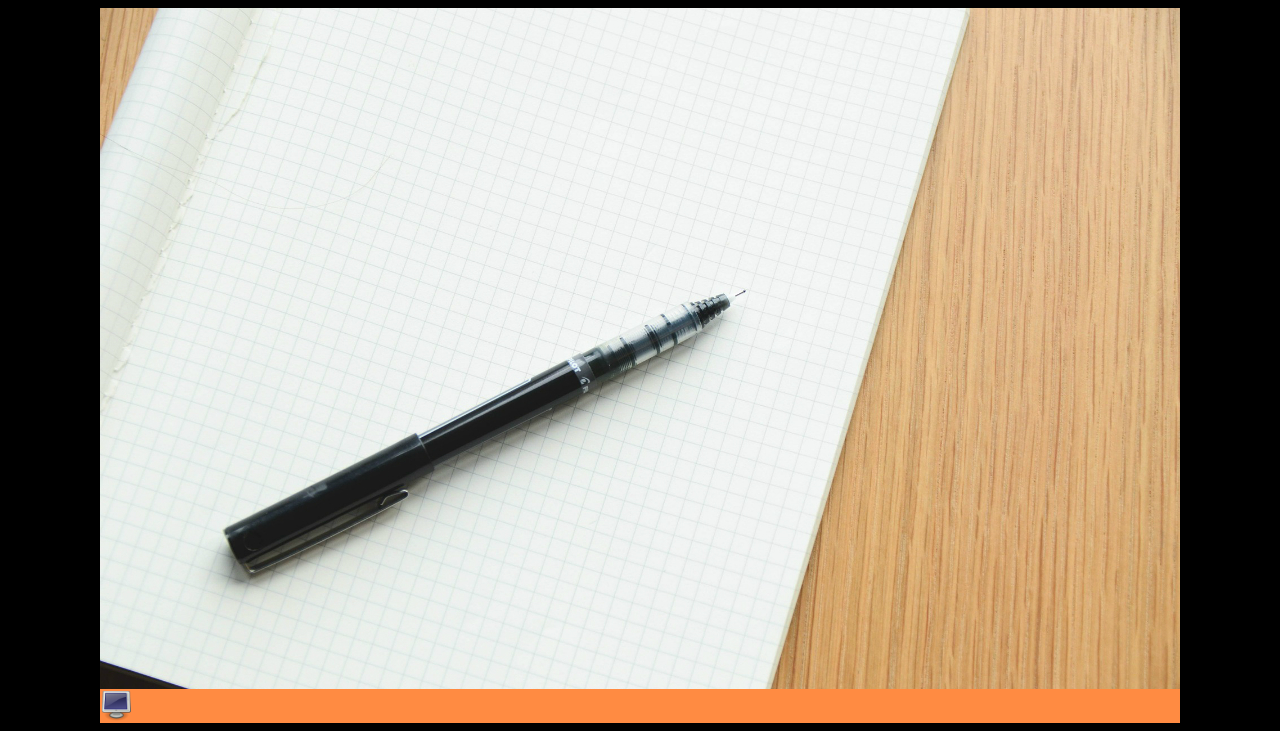
Repository: jc222fi/1dv403-laborationer
Page: 5-pwd/index.html
The author's editor kept a record of every edit. The page is drawn from the files as they stood at one moment, then again after the next edit.
The browser window is 1280 px wide. The pictures show the whole page.

Above is the page before.

After the next edit:
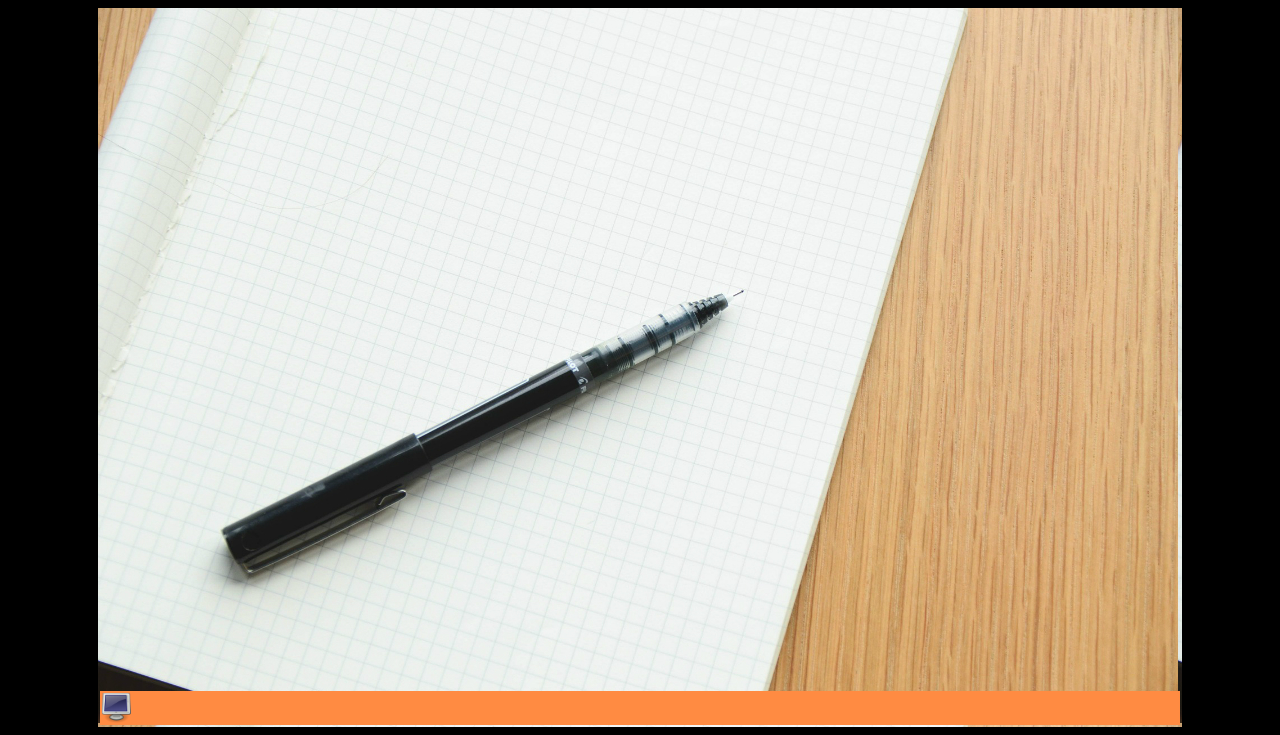
The edit:
--- a/5-pwd/style.css
+++ b/5-pwd/style.css
@@ -6,6 +6,7 @@
     width:1080px;
     margin:0 auto;
     background-image:url("pics/notepad1.jpg");
+    padding:2px;
 }
 .imageViewer{
     color:white;
